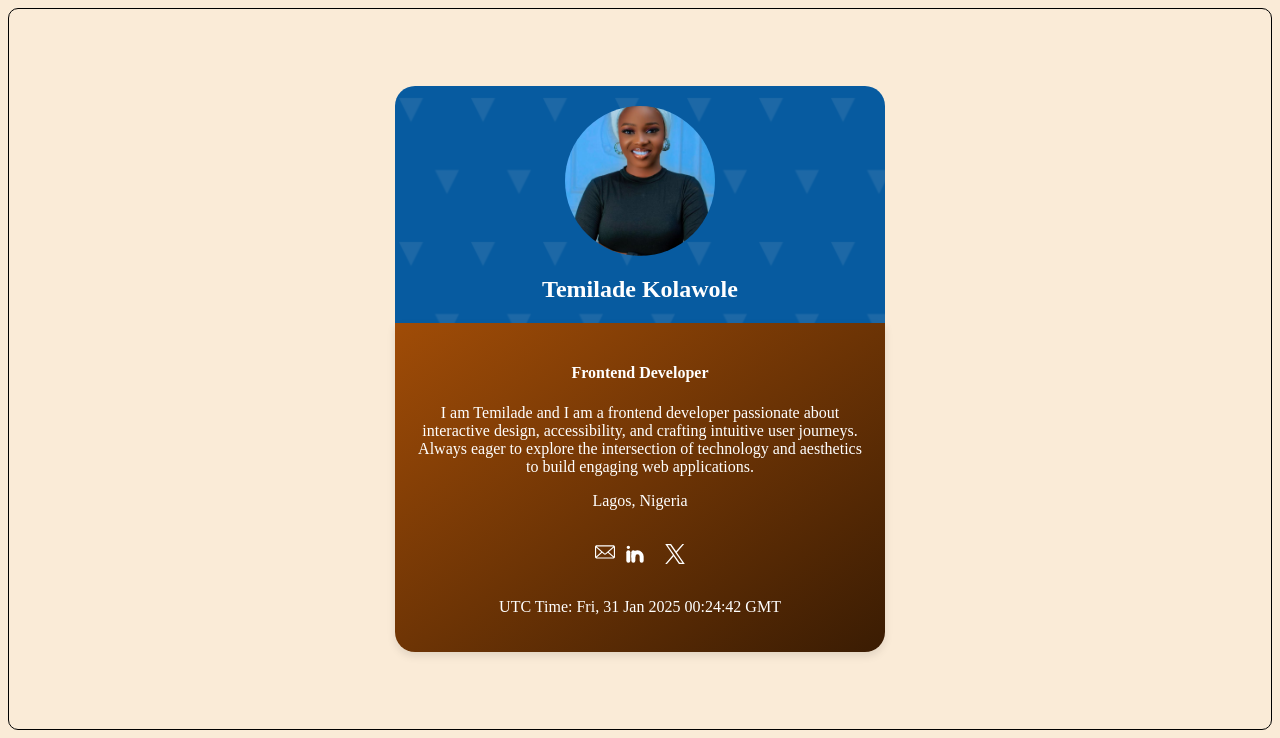
Repository: KolawoleTemilade/ticket-guarantor
Page: profilecard/index..html
An editor plug-in stored every save of this project. The page is shown before and after a run of saves, followed by the edit.
The browser window is 1280 px wide. The pictures show the whole page.

Above is the page before, as saved 2025-02-05 01:19:49.

After the next 2 saves:
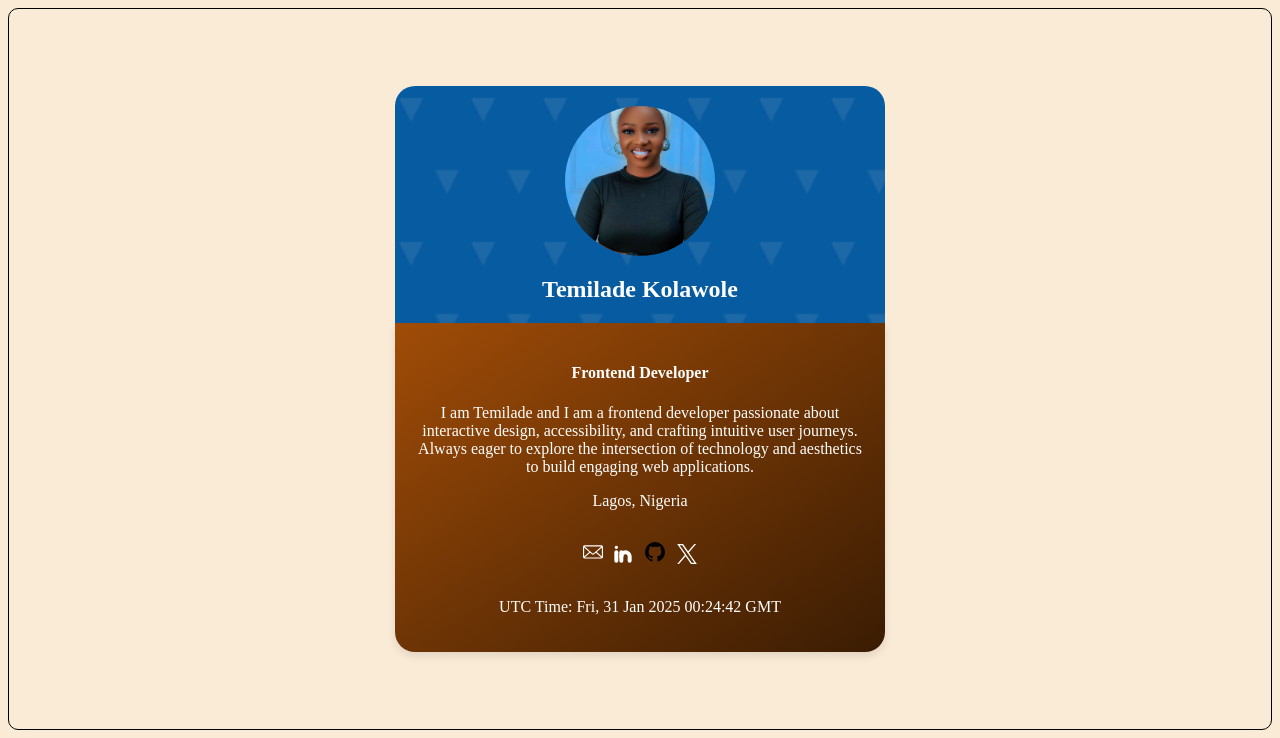
The 2 saves are shown as one change because they came seconds apart.
The last was saved 7 s later.
--- a/profilecard/index..html
+++ b/profilecard/index..html
@@ -41,7 +41,7 @@
             <img src="./asset/linkedin.svg" alt=" linkedin image" /></a
           >
           <a href="https://github.com/kolawoleTemilade" target="_blank"
-            ><img src="" alt=""></a
+            ><img src="./asset/github.svg" alt=""></a
           >
           <a
             href="https://twitter.com/temmie415"
